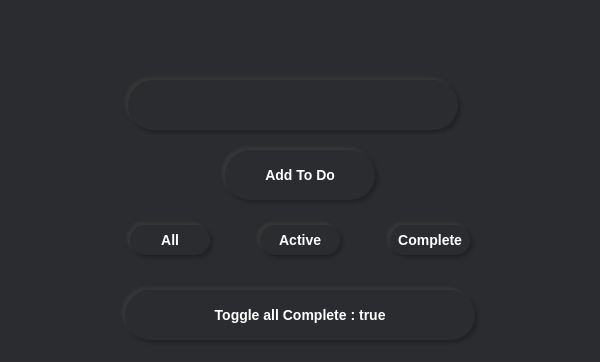
Repository: amralhawi123/To-Do-List
Page: /
An editor plug-in stored every save of this project. The page is shown before and after a run of saves, followed by the edit.
The browser window is 600 px wide. The pictures show the whole page.
The project was rebuilt for these pictures with package versions that can differ from the ones it lists, and the page was loaded fresh each time. Also part of the build but not shown: src/components/Todo.js.

Above is the page before, as saved 2023-07-17 20:55:24.

### src/App.js
import React, { useState } from 'react'
import ToDoForm from './components/ToDoForm'
import Todo from './components/Todo'
import './App.css'

const App = () => {

  let [toDos, setToDos] = useState([])
  const [todoToshow, setTodoToshow] = useState("all")
  const [toggleAllComplete, setToggleAllComplete] = useState(true)

  const addTodo =(todo)=> {
    setToDos([todo, ...toDos])

  }

  const handelDelete =(id)=> {
    setToDos(toDos.filter((todo) => todo.id !== id))
  }
  const updateTodoToshow =(s)=> {
    setTodoToshow(s)
  }

  const removeAllTodocomplete=()=>{
    setToDos(toDos.filter((todo)=> !todo.complete))
  }
  const toggelComplete = (id) => {
      setToDos(toDos.map((todo)=> {
        if(todo.id === id){
            return{
              ...todo,
              complete:!todo.complete
            }
        } else{
          return todo
        }
      }))
  }
  if(todoToshow === "active"){
    toDos = toDos.filter((todo) => !todo.complete)
  }else if(todoToshow === "complete"){
    toDos = toDos.filter((todo) => todo.complete)
  }
  return (
    <div className='container'>
      <ToDoForm addTodo={addTodo}/>
      {
        toDos.map((todo)=> (
          <Todo key={todo.id} todo={todo} onDelete={()=> handelDelete(todo.id)} toggelComplete={()=> toggelComplete(todo.id)}/>
        ))
      }
      <div>
        <button className='update-btn btn' onClick={()=> updateTodoToshow("all")}>All</button>
        <button className='update-btn btn' onClick={()=> updateTodoToshow("active")}>Active</button>
        <button className='update-btn btn' onClick={()=> updateTodoToshow("complete")}>Complete</button>
      </div>
      {
        toDos.map((todo)=> todo.complete === true ? ((<button className='all-btn btn' onClick={removeAllTodocomplete}>Remove all Complete Todo</button>)) : null)
      }

      <button className='all-btn btn' onClick={()=> {
        setToDos(
          toDos.map((todo)=> ({
            ...todo,
            complete:toggleAllComplete
          }))
        )
        setToggleAllComplete(!toggleAllComplete)
      }}>Toggle all Complete : {`${toggleAllComplete}`} </button>
    </div>
  )
}

export default App

### src/components/ToDoForm.js
import React, {useState} from 'react'
import shortid from 'shortid'
const ToDoForm = (props) => {

  const [text, setText] = useState('')

  const handelSubmit =(e)=>{
    e.preventDefault()
    props.addTodo({
      id: shortid.generate(),
      text:text,
      complete:false
    })
    setText("")

  }

  const handelChange =(e)=>{
      setText(e.target.value)
    }

  return (
    <form onSubmit={handelSubmit}>
      <input className='input-field' type='text' onChange={handelChange} value={text}/>
      <button className='btn' onClick={handelSubmit}>Add To Do</button>
    </form>
  )
}

export default ToDoForm

### src/App.css
body{
  background: #2b2c2f;
}
.container{
  display: flex;
  flex-direction: column;
  justify-content: center;
  align-items: center;
  margin-top: 80px;
}
.input-field{
  width: 350px;
  height: 50px;
  background: none;
  margin-right: 15px;
  outline: none;
  border-radius:30px;
  border: none;
  background-color: transparent;
  box-shadow: 3px 3px 3px #222327, -3px -3px 3px #363636;
  color:#fff;
  padding: 0 15px;
  font-size: 18px;
  font-weight: bold;
}

@media (max-width:667px) {
  form{
    display: flex;
    flex-direction: column;
    gap: 20px;
    align-items:center
  }
  .input-field{
    width: 300px;
  }
}
.btn,.delete-btn{
  border: none;
  background: none;
  outline: none;
  color: #fff;
  font-size: 14px;
  font-weight: bold;
  box-shadow: 3px 3px 3px #222327, -3px -3px 3px #363636;
  width: 150px;
  height: 50px;
  border-radius: 30px;
  cursor: pointer;
}
.delete-btn{
  width: 25px;
  height: 25px;
  border-radius: 50%;
  margin-left: 150px;
}
.btn:hover ,.input-field:hover,.delete-btn:hover{
  box-shadow: inset 3px 3px 3px #222327, inset -3px -3px 3px #363636;
}
.d-f{
  display: flex;
  width: 100%;
  justify-content: center;
  align-items: center;
  margin-top: 20px;
  font-size:20px;
  color: #fff;
}
.d-f > div{
  cursor: pointer;
}
.todo-count{
  color: #ffff;
  margin-top: 15px;
}
.update-btn{
  margin: 25px;
}
.all-btn{
  width: 350px !important;
  height: 50px !important;
  margin: 10px 0;
}

@media (max-width:667px) {
  .update-btn{
    margin: 10px 15;
    width:80px;
    height: 30px;
    border-radius: 20px;
  }
}

Loaded but not shown: public/index.html (common file); src/index.js (common file); src/index.css (common file); src/reportWebVitals.js (common file)

After the next 2 saves:
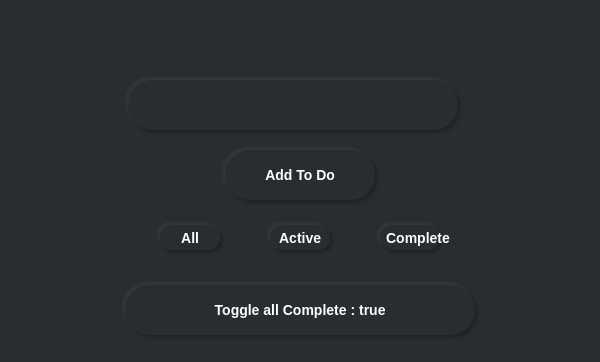
The 2 saves are shown as one change because they came seconds apart.
The last was saved 8 s later.
--- a/src/App.css
+++ b/src/App.css
@@ -85,8 +85,8 @@ body{
 @media (max-width:667px) {
   .update-btn{
     margin: 10px 15;
-    width:80px;
-    height: 30px;
+    width:60px;
+    height: 25px;
     border-radius: 20px;
   }
 }
